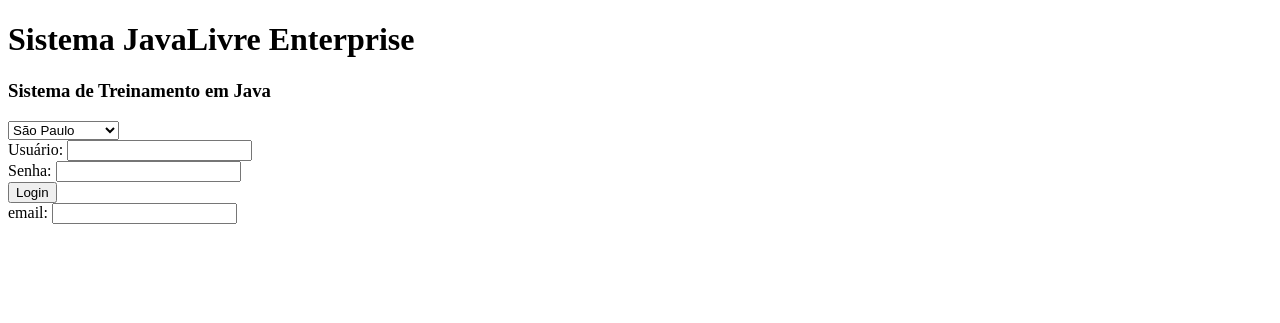
Repository: marciojv/treina-java
Page: workspace/JavaLivre/src/html/login.html
An editor plug-in stored every save of this project. The page is shown before and after the next save, followed by the edit.
The browser window is 1280 px wide. The pictures show the whole page.

Above is the page before, as saved 2017-06-10 13:28:00.

After the next save:
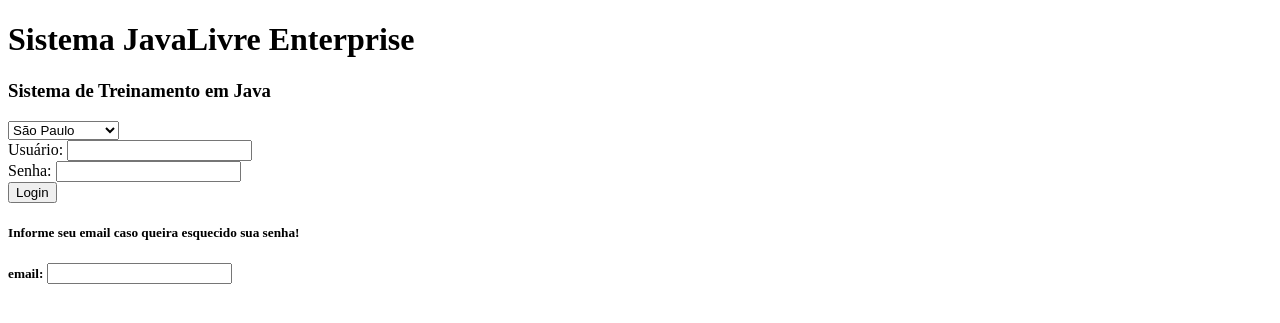
Saved 38 s later.
--- a/workspace/JavaLivre/src/html/login.html
+++ b/workspace/JavaLivre/src/html/login.html
@@ -25,6 +25,7 @@ Senha:   <input type="text" name="senha"><br>
 </form>
 
 <form action="login.html">
+<h5>Informe seu email caso queira esquecido sua senha!<h5>
 email: <input type="text" name="email"><br>
 
 </form>
